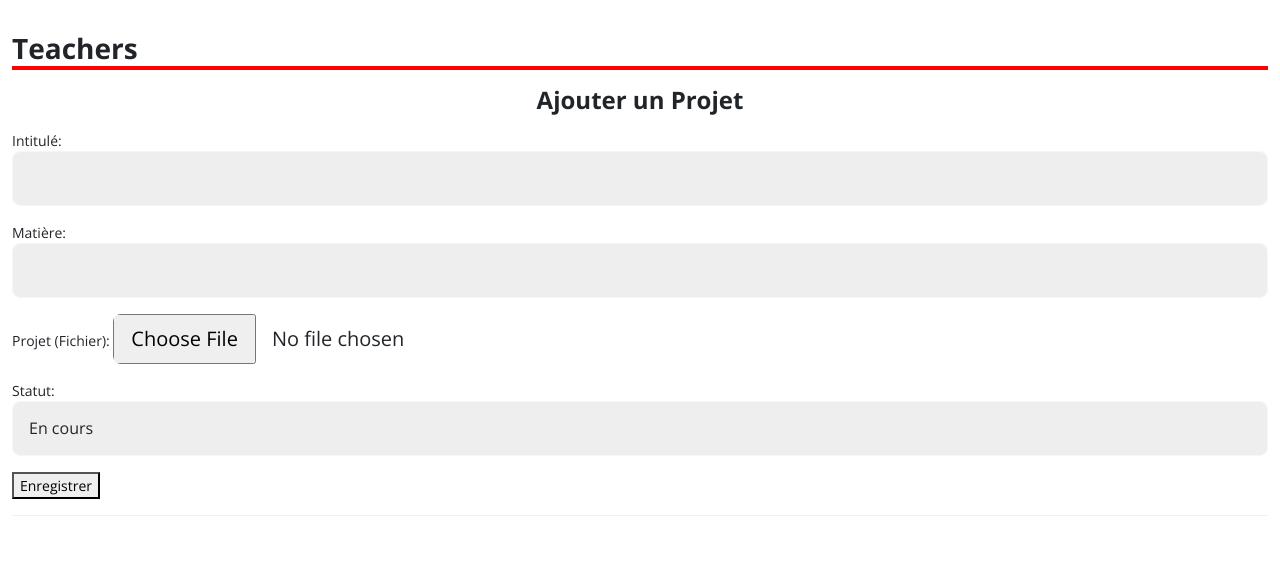
Repository: dimitri0004/Moodle
Page: http://localhost/enseignant/projet/ajouter
An editor plug-in stored every save of this project. The page is shown before and after the next save, followed by the edit.
The browser window is 1280 px wide. The pictures show the whole page.
The page is served by the project's application, run on Django 4.2 (manage.py). Other server files are loaded and not shown.

Above is the page before, as saved 2023-08-18 00:09:49.
Console error: TypeError: Cannot set properties of null (setting 'innerHTML')

### templates/Enseignant/projet.html
{% extends "base.html" %}
{% block content %}
<!DOCTYPE html>
<html lang="en">
<head>
    <meta charset="UTF-8">
    <title>Ajouter un projet</title>
</head>
<body>
    <div class="body d-flex py-lg-3 py-md-2">
        <div class="container-xxl">
            <div class="row">
                <div class="col-md-12">
                    <div class="card border-0 mb-4 no-bg">
                        <div class="card-header py-3 px-0  align-items-center  justify-content-between border-bottom">
                            <h3 class=" fw-bold flex-fill mb-3" style="border-bottom: 4px solid red; ">Teachers</h3>
                            <h4 class="fw-bold flex-fill mb-3" style="text-align: center; " >Ajouter un Projet</h4>


                            <form method="post"   enctype="multipart/form-data">
                                {% csrf_token %}
                                <div class="col-12">
                                    <div class="mb-2">
                                    {{ form.as_p }}
                                    </div>
                                </div>
                                <button type="submit">Enregistrer</button>
                            </form>
                       </div>
                    </div>
                </div>
            </div>
        </div>
    </div>
</body>
</html>


{% endblock %}

### templates/base.html
{% load static %}
<!DOCTYPE html>
<html lang="en">
<head>
    <meta charset="UTF-8">
    <meta name="viewport" content="width=device-width, initial-scale=1.0">
    <title>Document</title>

    <link rel="icon" href="favicon.ico" type="image/x-icon"> <!-- Favicon-->

    <!-- plugin css file  -->
    <link rel="stylesheet" href="{% static 'assets/css/carousel.min.css' %}" />
    <!-- project css file  -->
    <link rel="stylesheet" href="{% static 'assets/css/e-learn.style.min.css' %}">
    <!-- Google Code  -->
    <script async src="https://www.googletagmanager.com/gtag/js?id=UA-264428387-1"></script>
    <script>
      window.dataLayer = window.dataLayer || [];
      function gtag(){dataLayer.push(arguments);}
      gtag('js', new Date());

      gtag('config', 'UA-264428387-1');
    </script>

    <script src="{% static 'assets/bundles/libscripts.bundle.js' %}"></script>

    <!-- Plugin Js-->
    <script src="{% static 'assets/bundles/carousel.bundle.js' %}"></script>
    <script src="{% static 'assets/bundles/apexcharts.bundle.js' %}"></script>

    <!-- Jquery Page Js -->
    <script src="{% static 'js/template.js' %}"></script>
    <script src="{% static 'js/page/elearn-index.js' %}"></script>
</head>
<body>
   {% if user.is_authenticated %}

    {% include "_partiels/nav.html" %}
   {% endif %}


    {% block content %}{% endblock %}
</body>
</html>

### AppEcole/forms.py
from django import forms
from .models import Devoir

class ProjetForm(forms.ModelForm):
    intitule = forms.CharField(label='Intitulé', widget=forms.TextInput(attrs={
        'class': 'form-control form-control-lg'
    }))
    matiere = forms.CharField(label='Matière', widget=forms.TextInput(attrs={
        'class': 'form-control form-control-lg'
    }))
    projet = forms.FileField(label='Projet (Fichier)', widget=forms.ClearableFileInput(attrs={
        'class': 'form-control-file  form-control-lg'
    }))
    statut = forms.ChoiceField(label='Statut', choices=Devoir.STATUT_CHOICES, widget=forms.Select(attrs={
        'class': 'form-control form-control-lg'
    }))

    class Meta:
        model = Devoir
        fields = ['intitule', 'matiere', 'projet', 'statut']

### AppEcole/models.py
from django.db import models
from django.contrib.auth.models import AbstractUser
class User(AbstractUser):
    ETUDIANT= " ETUDIANT"
    ENSEIGNANT="ENSEIGNANT"
    ADMINISTRATEUR=" ADMINISTRATEUR"

    ROLE_CHOICES = (
        ('ETUDIANT', 'Etudiant'),
        ('ENSEIGNANT', 'Enseignant'),
        ('ADMINISTRATEUR', 'Administrateur'),
    )

    role = models.CharField(max_length=30, choices=ROLE_CHOICES, verbose_name='Rôle')
    birthdate = models.DateField(null=True, blank=False)
    identifiant = models.CharField(max_length=20, null=True, blank=False)

    def __str__(self):
        return self.username

class Devoir(models.Model):

    STATUT_CHOICES = [
        ('en_cours', 'En cours'),
        ('soumis', 'Soumis'),
        ('corrigé', 'Corrige'),
        ('traité', 'Traite'),
        ('archivé', 'Archivé'),
    ]
    intitule=models.CharField(max_length=255)
    matiere=models.CharField(max_length=255)
    statut = models.CharField(max_length=20, choices=STATUT_CHOICES)
    projet = models.FileField(upload_to='projets')

    def __str__(self):
        return self.intitule


# Create your models here.

### AppEcole/views.py
from django.shortcuts import render,redirect
from django.core.validators import validate_email
from django.contrib.auth.models import User
from django.db.models import Q
from django.contrib.auth.decorators import login_required
from django.contrib.auth import authenticate, login, logout
from .forms import ProjetForm
from django.contrib.auth import get_user_model
from .models import Devoir

def index(request):
    return render(request,'index.html')

def inscription(request):
    error = False
    message = ""

    if request.method == "POST":
        username = request.POST.get('username')
        email = request.POST.get('email')
        nom = request.POST.get('nom')
        prenom = request.POST.get('prenom')
        password = request.POST.get('password')
        confirmePassword = request.POST.get('confirmePassword')
        role = request.POST.get('role')
        identifiant = request.POST.get('identifiant')
        date = request.POST.get('date')# Récupérer le rôle du formulaire

        try:
            validate_email(email)
        except:
            error = True
            message = "Entrer un email valide svp"

        User = get_user_model()  # Obtenir le modèle utilisateur personnalisé

        user = User.objects.filter(Q(email=email) | Q(username=username)).first()
        if user:
            error = True
            message = f"L'email {email} ou le nom d'utilisateur {nom} est déjà utilisé par un utilisateur"

        if password != confirmePassword:
            error = True
            message = "Les deux mots de passe ne sont pas identiques"

        if error == False:
            user = User(

                username=username,
                email=email,
                last_name=nom,
                first_name=prenom,
                identifiant=identifiant,
                role=role,
                birthdate=date# Enregistrer le rôle dans le modèle
            )
            user.set_password(password)
            user.save()
            return redirect('acceuil')

    context = {
        'error': error,
        'message': message
    }
    return render(request, 'Utilisateur/inscription.html', context)

def connexion(request):
    error=False
    message=""
    if request.method=="POST":

        email=request.POST.get('email', None)
        password=request.POST.get('password', None)

        User = get_user_model()
        user=User.objects.filter(email=email).first()
        if user:
            user=authenticate(username=user.username, password=password)
            if user:
                login(request, user)
                return redirect('acceuil')
            else:
                error=True
                message="mot de passe  incorrecte"
        else:
            error=True
            message="l'utilisateur n'existe pas"
    return render(request, 'Utilisateur/connexion.html', {'error':error, 'message':message})

def ajouter_projet(request):
    if request.method == 'POST':
        form = ProjetForm(request.POST, request.FILES)
        if form.is_valid():
            form.save()
            return redirect('ajouter_projet')  # Rediriger vers la liste des projets
    else:
        form = ProjetForm()

    context = {'form': form}
    return render(request, 'Enseignant/projet.html', context)

def liste_projets(request):
    projets = Devoir.objects.all()
    return render(request, 'index.html', {'projets': projets})


def deconnexion(request):
    logout(request)
    return redirect('login')
# Create your views here.

### MoodleProject/urls.py
"""
URL configuration for MoodleProject project.

The `urlpatterns` list routes URLs to views. For more information please see:
    https://docs.djangoproject.com/en/4.2/topics/http/urls/
Examples:
Function views
    1. Add an import:  from my_app import views
    2. Add a URL to urlpatterns:  path('', views.home, name='home')
Class-based views
    1. Add an import:  from other_app.views import Home
    2. Add a URL to urlpatterns:  path('', Home.as_view(), name='home')
Including another URLconf
    1. Import the include() function: from django.urls import include, path
    2. Add a URL to urlpatterns:  path('blog/', include('blog.urls'))
"""
from django.contrib import admin
from django.urls import path,include
from django.conf import settings
from django.conf.urls.static import static


urlpatterns = [
    path('admin/', admin.site.urls),
    path('', include('AppEcole.urls')),
]
if settings.DEBUG:
    urlpatterns += static(settings.MEDIA_URL,
    document_root=settings.MEDIA_ROOT)

### AppEcole/urls.py
from django.urls import path
from .views import index, inscription, connexion,ajouter_projet,deconnexion
urlpatterns = [
    path('acceuil', index, name='acceuil'),
    path('inscription/', inscription, name='register'),
    path('', connexion, name='login'),
    path('deconnexion/', deconnexion, name='logout'),
    path('enseignant/projet/ajouter', ajouter_projet, name='ajouter_projet'),

]

### static/assets/css/carousel.min.css
.owl-carousel,.owl-carousel .owl-item{-webkit-tap-highlight-color:transparent;position:relative}.owl-carousel{display:none;width:100%;z-index:1}.owl-carousel .owl-stage{position:relative;-ms-touch-action:pan-Y;-moz-backface-visibility:hidden}.owl-carousel .owl-stage:after{content:".";display:block;clear:both;visibility:hidden;line-height:0;height:0}.owl-carousel .owl-stage-outer{position:relative;overflow:hidden;-webkit-transform:translate3d(0, 0, 0)}.owl-carousel .owl-item,.owl-carousel .owl-wrapper{-webkit-backface-visibility:hidden;-moz-backface-visibility:hidden;-ms-backface-visibility:hidden;-webkit-transform:translate3d(0, 0, 0);-moz-transform:translate3d(0, 0, 0);-ms-transform:translate3d(0, 0, 0)}.owl-carousel .owl-item{min-height:1px;float:left;-webkit-backface-visibility:hidden;-webkit-touch-callout:none}.owl-carousel .owl-item img{display:block;width:100%}.owl-carousel .owl-dots.disabled,.owl-carousel .owl-nav.disabled{display:none}.no-js .owl-carousel,.owl-carousel.owl-loaded{display:block}.owl-carousel .owl-dot,.owl-carousel .owl-nav .owl-next,.owl-carousel .owl-nav .owl-prev{cursor:pointer;cursor:hand;-webkit-user-select:none;-khtml-user-select:none;-moz-user-select:none;-ms-user-select:none;user-select:none}.owl-carousel.owl-loading{opacity:0;display:block}.owl-carousel.owl-hidden{opacity:0}.owl-carousel.owl-refresh .owl-item{visibility:hidden}.owl-carousel.owl-drag .owl-item{-webkit-user-select:none;-moz-user-select:none;-ms-user-select:none;user-select:none}.owl-carousel.owl-grab{cursor:move;cursor:grab}.owl-carousel.owl-rtl{direction:rtl}.owl-carousel.owl-rtl .owl-item{float:right}.owl-carousel .animated{animation-duration:1s;animation-fill-mode:both}.owl-carousel .owl-animated-in{z-index:0}.owl-carousel .owl-animated-out{z-index:1}.owl-carousel .fadeOut{animation-name:fadeOut}@keyframes fadeOut{0%{opacity:1}100%{opacity:0}}.owl-height{transition:height .5s ease-in-out}.owl-carousel .owl-item .owl-lazy{opacity:0;transition:opacity .4s ease}.owl-carousel .owl-item img.owl-lazy{transform-style:preserve-3d}.owl-carousel .owl-video-wrapper{position:relative;height:100%;background:#000}.owl-carousel .owl-video-play-icon{position:absolute;height:80px;width:80px;left:50%;top:50%;margin-left:-40px;margin-top:-40px;background:url(owl.video.play.html) no-repeat;cursor:pointer;z-index:1;-webkit-backface-visibility:hidden;transition:transform .1s ease}.owl-carousel .owl-video-play-icon:hover{-ms-transform:scale(1.3, 1.3);transform:scale(1.3, 1.3)}.owl-carousel .owl-video-playing .owl-video-play-icon,.owl-carousel .owl-video-playing .owl-video-tn{display:none}.owl-carousel .owl-video-tn{opacity:0;height:100%;background-position:center center;background-repeat:no-repeat;background-size:contain;transition:opacity .4s ease}.owl-carousel .owl-video-frame{position:relative;z-index:1;height:100%;width:100%}

### static/js/template.js
if (typeof jQuery === "undefined") {
    throw new Error("jQuery plugins need to be before this file");
}

$(function() {
    "use strict";

    // main sidebar toggle js
    $('.menu-toggle').on('click', function () {
        $('.sidebar').toggleClass('open');
        $('.open').removeClass('sidebar-mini');
    });

    // layout a sidebar mini version
    $('.sidebar-mini-btn').on('click', function () {
        $('.sidebar').toggleClass('sidebar-mini');
        $('.sidebar-mini').removeClass('open');
    });

    // chat page chatlist toggle js
    $('.chatlist-toggle').on('click', function () {
        $('.card-chat').toggleClass('open');
    });

    $(".theme-rtl input").on('change',function() {
        if(this.checked) {
            $("body").addClass('rtl_mode');
        }else{
            $("body").removeClass('rtl_mode');
        }

    });

    // cSidebar overflow daynamic height

    overFlowDynamic();

    $(window).resize(function(){
        overFlowDynamic();
    });

    function overFlowDynamic(){
        var sideheight=$(".sidebar.sidebar-mini").height() + 48;

        if(sideheight <= 760) {
            $(".sidebar.sidebar-mini").css( "overflow", "scroll");
        }
        else{
            $(".sidebar.sidebar-mini").css( "overflow", "visible");
        }
    }


    // Dropdown scroll hide using table responsive

    $('.table-responsive').on('show.bs.dropdown', function () {
        $('.table-responsive').css( "overflow", "inherit" );
    });

    $('.table-responsive').on('hide.bs.dropdown', function () {
            $('.table-responsive').css( "overflow", "auto" );
    })

    // light and dark theme setting js
    var toggleSwitch = document.querySelector('.theme-switch input[type="checkbox"]');
    var toggleHcSwitch = document.querySelector('.theme-high-contrast input[type="checkbox"]');
    var currentTheme = localStorage.getItem('theme');
    if (currentTheme) {
        document.documentElement.setAttribute('data-theme', currentTheme);

        if (currentTheme === 'dark') {
            toggleSwitch.checked = true;
        }
        if (currentTheme === 'high-contrast') {
            toggleHcSwitch.checked = true;
            toggleSwitch.checked = false;
        }
    }
    function switchTheme(e) {
        if (e.target.checked) {
            document.documentElement.setAttribute('data-theme', 'dark');
            localStorage.setItem('theme', 'dark');
            $('.theme-high-contrast input[type="checkbox"]').prop("checked", false);
        }
        else {
            document.documentElement.setAttribute('data-theme', 'light');
            localStorage.setItem('theme', 'light');
        }
    }
    toggleSwitch.addEventListener('change', switchTheme, false);
    // end
});

// live support team js
$(function() {
    "use strict";
    var Tawk_API=Tawk_API||{}, Tawk_LoadStart=new Date();
    (function(){
        var s1=document.createElement("script"),s0=document.getElementsByTagName("script")[0];
        s1.async=true;
        s1.src='https://embed.tawk.to/6051a040f7ce18270930e55a/1f0vdjvfu';
        s1.charset='UTF-8';
        s1.setAttribute('crossorigin','*');
        s0.parentNode.insertBefore(s1,s0);
    })();
});

### static/js/page/elearn-index.js
if (typeof jQuery === "undefined") {
    throw new Error("jQuery plugins need to be before this file");
}
$(function() {
    "use strict";
    var tooltipTriggerList = [].slice.call(document.querySelectorAll('[data-bs-toggle="tooltip"]'))
    var tooltipList = tooltipTriggerList.map(function (tooltipTriggerEl) {
        return new bootstrap.Tooltip(tooltipTriggerEl)
    })

    /*****Owl Slider************/
    $(document).ready(function(){
        $('.owl-carouselone').owlCarousel({
            stagePadding: 30,
            loop:true,
            margin:10,
            nav:true,
            navText: ["<img src='../dist/assets/images/stylish-left.png'>","<img src='../dist/assets/images/stylish-right.png'>"],
            responsive:{
                0:{
                    items:1
                },
                480:{
                    items:3
                },
                600:{
                    items:3
                },
                740:{
                    items:6
                },
                1000:{
                    items:2
                },
                1100:{
                    items:3
                },
                1400:{
                    items:3
                },
                1500:{
                    items:4
                }
            }
        })

        $('.owl-carouseltwo').owlCarousel({
            loop:true,
            margin:5,
            autoplay:true,
            autoplayTimeout:4000,
            autoplayHoverPause:true,
            responsive:{
                0:{
                    items:1
                },
                480:{
                    items:1
                },
                600:{
                    items:1
                },
                1000:{
                    items:2
                },
                1100:{
                    items:2
                },
                1400:{
                    items:3
                }
            }
        })
    });

    // basic-column
    $(document).ready(function() {
        var options = {
            chart: {
                height: 350,
                type: 'bar',
            },
            colors: ['var(--chart-color1)', 'var(--chart-color2)', 'var(--chart-color4)'],
            plotOptions: {
                bar: {
                    horizontal: false,
                    columnWidth: '55%',
                    endingShape: 'rounded'
                },
            },
            dataLabels: {
                enabled: false
            },
            stroke: {
                show: true,
                width: 2,
                colors: ['transparent']
            },
            series: [{
                name: 'Listening',
                data: [44, 55, 57, 56, 61, 58, 63, 60, 66]
            }, {
                name: 'Writing',
                data: [76, 85, 101, 98, 87, 105, 91, 114, 94]
            }, {
                name: 'Video View',
                data: [35, 41, 36, 26, 45, 48, 52, 53, 41]
            }],
            xaxis: {
                categories: ['Feb', 'Mar', 'Apr', 'May', 'Jun', 'Jul', 'Aug', 'Sep', 'Oct'],
            },
            yaxis: {
                title: {
                    text: ''
                }
            },
            fill: {
                opacity: 1

            },
            tooltip: {
                y: {
                    formatter: function (val) {
                        return "$ " + val + " thousands"
                    }
                }
            }
        }

        var chart = new ApexCharts(
            document.querySelector("#apex-basic-column"),
            options
        );

        chart.render();
    });


});
/*****digital-clock************/
function date_time(id){
    date = new Date;
    h = date.getHours();
    if(h<10)
    {
            h = "0"+h;
    }
    m = date.getMinutes();
    if(m<10)
    {
            m = "0"+m;
    }
    s = date.getSeconds();
    if(s<10)
    {
            s = "0"+s;
    }
    document.getElementById("s").innerHTML = ''+s;
    document.getElementById("m").innerHTML = ''+m;
    document.getElementById("h").innerHTML = ''+h;
    setTimeout('date_time("'+"s"+'");','1000');
    return true;
}
window.onload = date_time('s');

Loaded but not shown: static/assets/css/e-learn.style.min.css (library); static/assets/bundles/libscripts.bundle.js (library); static/assets/bundles/carousel.bundle.js (library); static/assets/bundles/apexcharts.bundle.js (library)

After the next save:
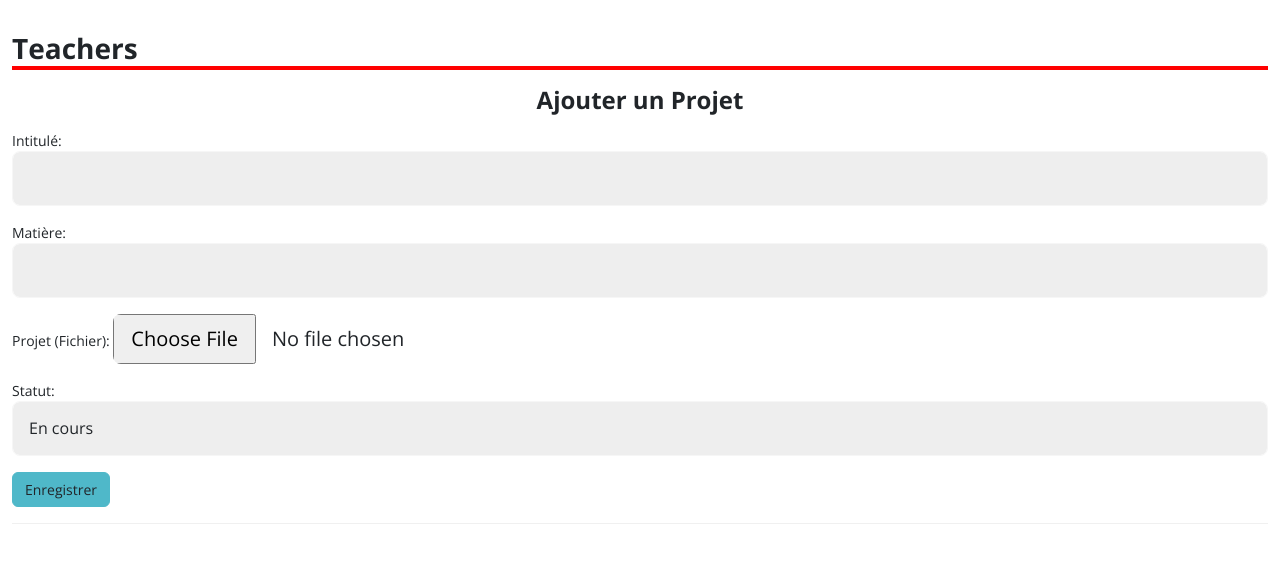
Saved 3 min 50 s later.
--- a/templates/Enseignant/projet.html
+++ b/templates/Enseignant/projet.html
@@ -24,7 +24,7 @@
                                     {{ form.as_p }}
                                     </div>
                                 </div>
-                                <button type="submit">Enregistrer</button>
+                                <button type="submit" class="btn btn-info">Enregistrer</button>
                             </form>
                        </div>
                     </div>
